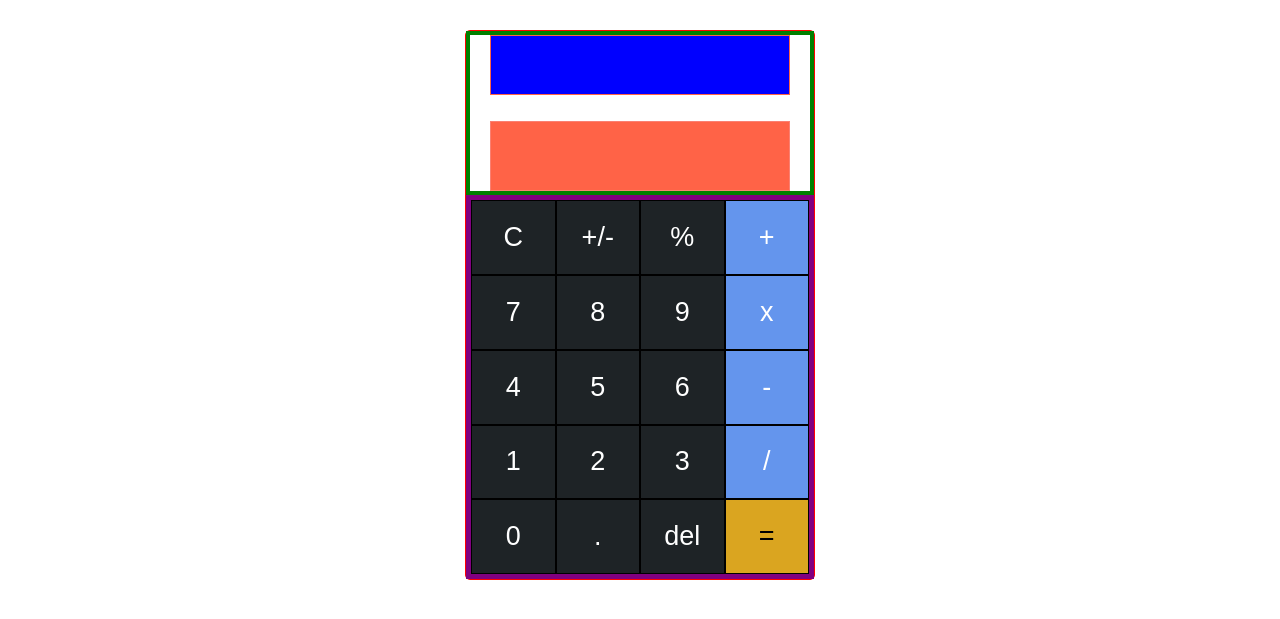
Repository: OfirLana/Calculator
Page: index.html
An editor plug-in stored every save of this project. The page is shown before and after the next save, followed by the edit.
The browser window is 1280 px wide. The pictures show the whole page.

Above is the page before, as saved 2019-03-12 22:30:48.

After the next save:
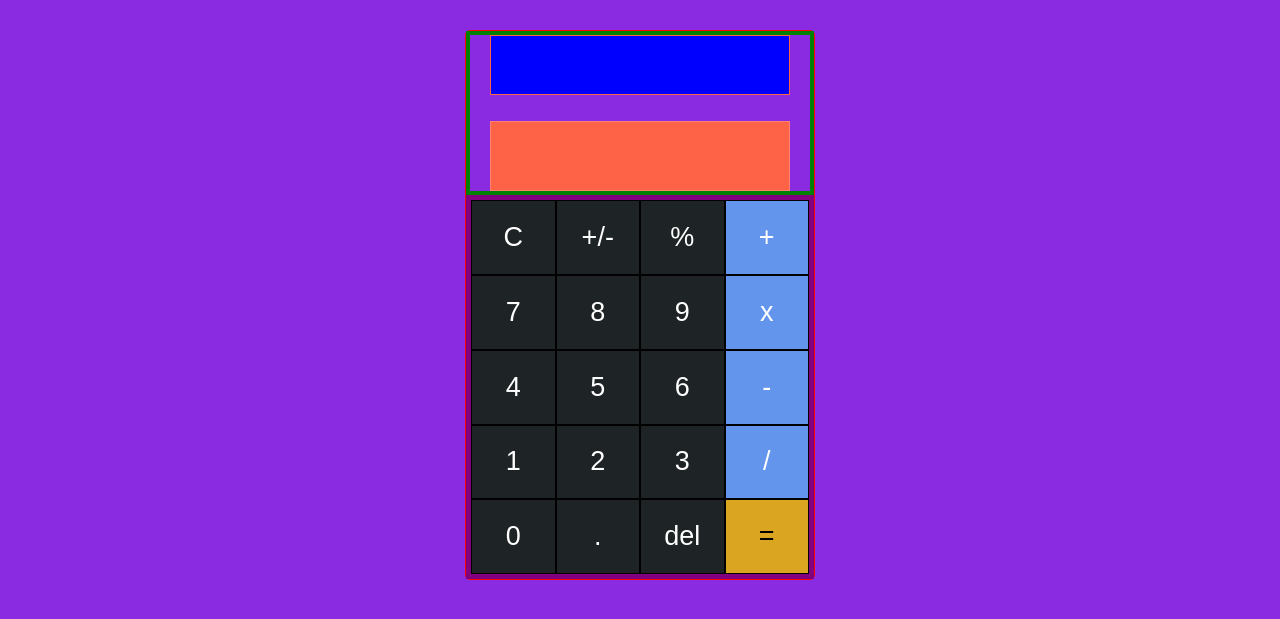
Saved 4 s later.
--- a/style.css
+++ b/style.css
@@ -13,7 +13,7 @@ body {
     font-size: 1.6rem;
     color: #777;
     padding: 3rem;
-    background:b;
+    background:blueviolet;
 }
 
 .calculator {
